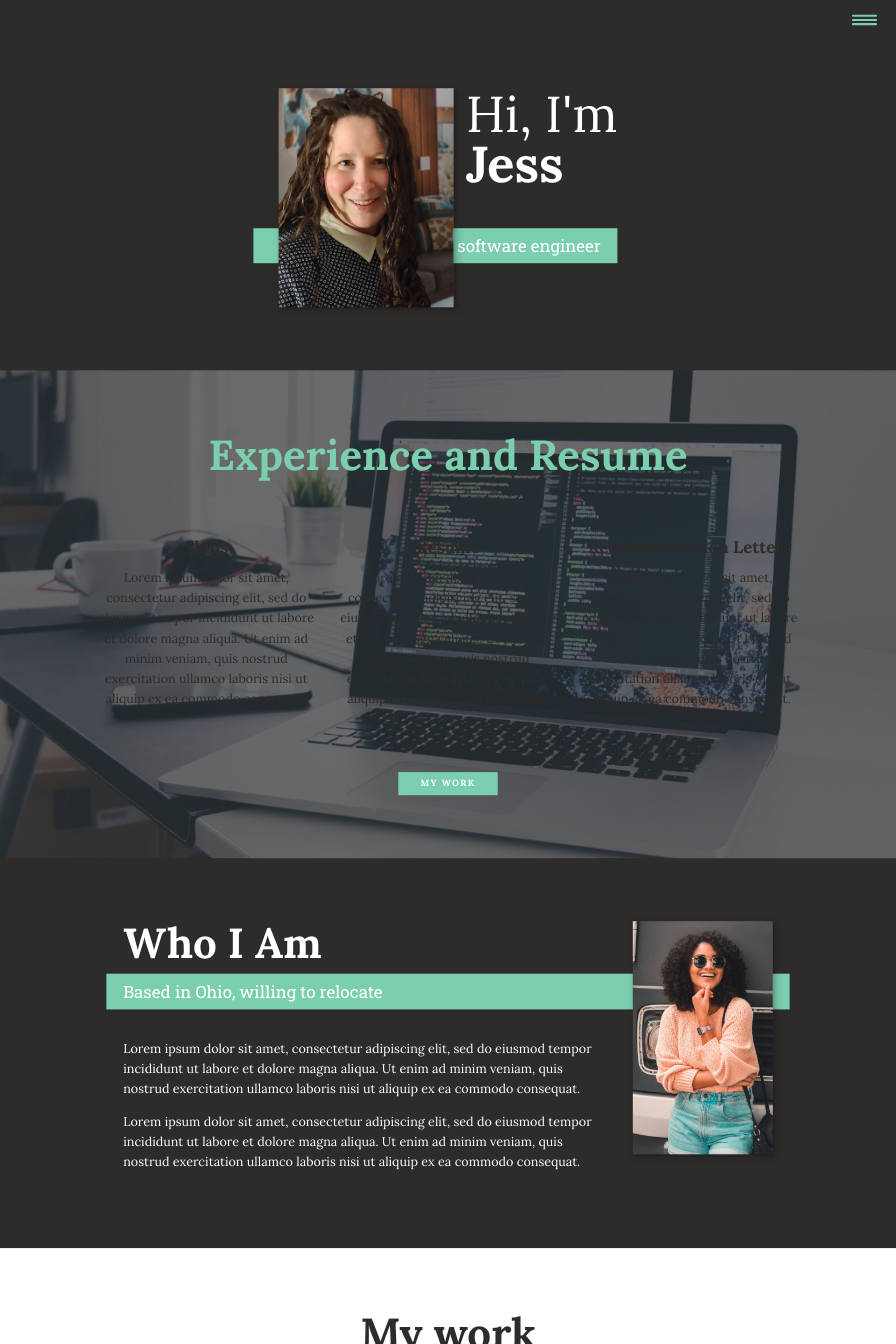
Repository: DinoDime/site
Page: index.html
An editor plug-in stored every save of this project. The page is shown before and after the next save, followed by the edit.
The browser window is 1280 px wide. The pictures show the part of the page from y = 0 to 1920 px (the page is 3275 px tall), at 70% of full size.
Some web libraries are served in a nearby version.

Above is the page before, as saved 2021-04-29 11:33:21.

After the next save:
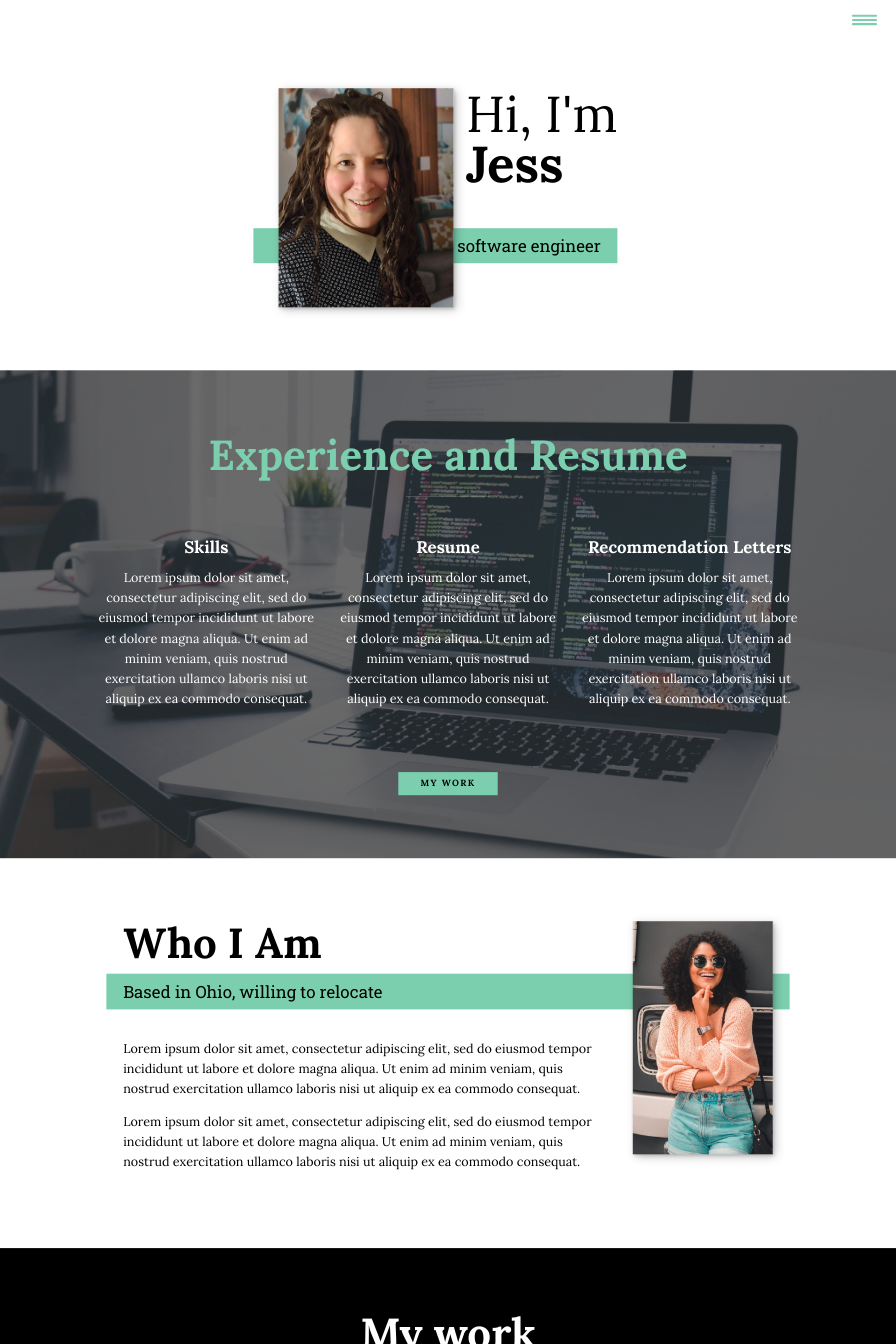
Saved 65 s later.
--- a/css/style.css
+++ b/css/style.css
@@ -13,8 +13,8 @@
   --fw-reg: 400;
   --fw-bold: 700;
 
-  --clr-light: rgb(46, 43, 43);
-  --clr-dark: white;
+  --clr-light: white;
+  --clr-dark: black;
   --clr-accent: rgb(123, 207, 175);
 
   --fs-h1: 3rem;
